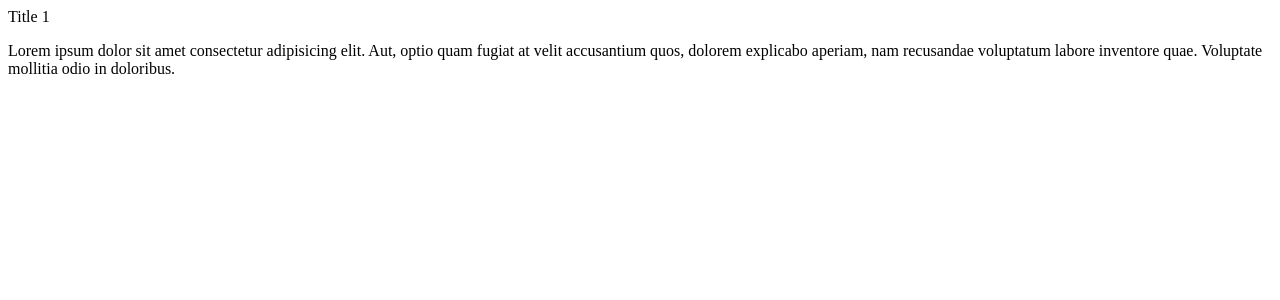
Repository: DevMike1993/100_Projects_HTML_CSS_JAVASCRIPT
Page: 03_Custom_Scrollbar/index.html
These files come from the project's save history. The page is drawn as it stood at one moment and after a run of saves; the edit follows.
The browser window is 1280 px wide. The pictures show the whole page.

Above is the page before, as saved 2023-11-26 18:00:29.

### 03_Custom_Scrollbar/index.html
<!DOCTYPE html>
<html lang="en">
<head>
    <meta charset="UTF-8">
    <meta name="viewport" content="width=device-width, initial-scale=1.0">
    <title>Custom Scrollbar</title>
</head>
<body>

    <section>
        <div class="card h2 card-title">Title 1</div>
        <p>Lorem ipsum dolor sit amet consectetur adipisicing elit. Aut, optio quam fugiat at velit accusantium quos, dolorem explicabo aperiam, nam recusandae voluptatum labore inventore quae. Voluptate mollitia odio in doloribus.</p>
        <div class="card h2 card-title"></div>
        <p></p>
        <div class="card h2 card-title"></div>
        <p></p>
        <div class="card h2 card-title"></div>
        <p></p>
        <div class="card h2 card-title"></div>
        <p></p>
        <div class="card h2 card-title"></div>
        <p></p>
        <div class="card h2 card-title"></div>
        <p></p>
        <div class="card h2 card-title"></div>
        <p></p>
        <div class="card h2 card-title"></div>
        <p></p>
        <div class="card h2 card-title"></div>
        <p></p>
    </section>

</body>
</html>

After the next 2 saves:
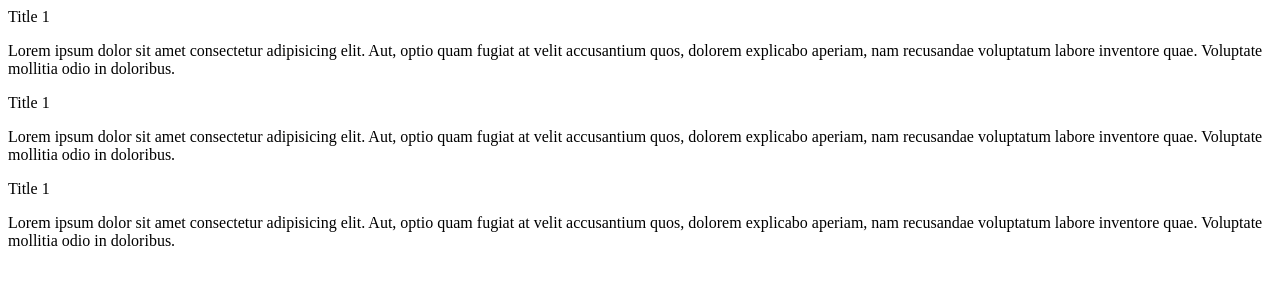
The 2 saves are shown as one change because they came seconds apart.
The last was saved 15 s later.
--- a/03_Custom_Scrollbar/index.html
+++ b/03_Custom_Scrollbar/index.html
@@ -10,24 +10,10 @@
     <section>
         <div class="card h2 card-title">Title 1</div>
         <p>Lorem ipsum dolor sit amet consectetur adipisicing elit. Aut, optio quam fugiat at velit accusantium quos, dolorem explicabo aperiam, nam recusandae voluptatum labore inventore quae. Voluptate mollitia odio in doloribus.</p>
-        <div class="card h2 card-title"></div>
-        <p></p>
-        <div class="card h2 card-title"></div>
-        <p></p>
-        <div class="card h2 card-title"></div>
-        <p></p>
-        <div class="card h2 card-title"></div>
-        <p></p>
-        <div class="card h2 card-title"></div>
-        <p></p>
-        <div class="card h2 card-title"></div>
-        <p></p>
-        <div class="card h2 card-title"></div>
-        <p></p>
-        <div class="card h2 card-title"></div>
-        <p></p>
-        <div class="card h2 card-title"></div>
-        <p></p>
+        <div class="card h2 card-title">Title 1</div>
+        <p>Lorem ipsum dolor sit amet consectetur adipisicing elit. Aut, optio quam fugiat at velit accusantium quos, dolorem explicabo aperiam, nam recusandae voluptatum labore inventore quae. Voluptate mollitia odio in doloribus.</p>
+        <div class="card h2 card-title">Title 1</div>
+        <p>Lorem ipsum dolor sit amet consectetur adipisicing elit. Aut, optio quam fugiat at velit accusantium quos, dolorem explicabo aperiam, nam recusandae voluptatum labore inventore quae. Voluptate mollitia odio in doloribus.</p>
     </section>
 
 </body>
